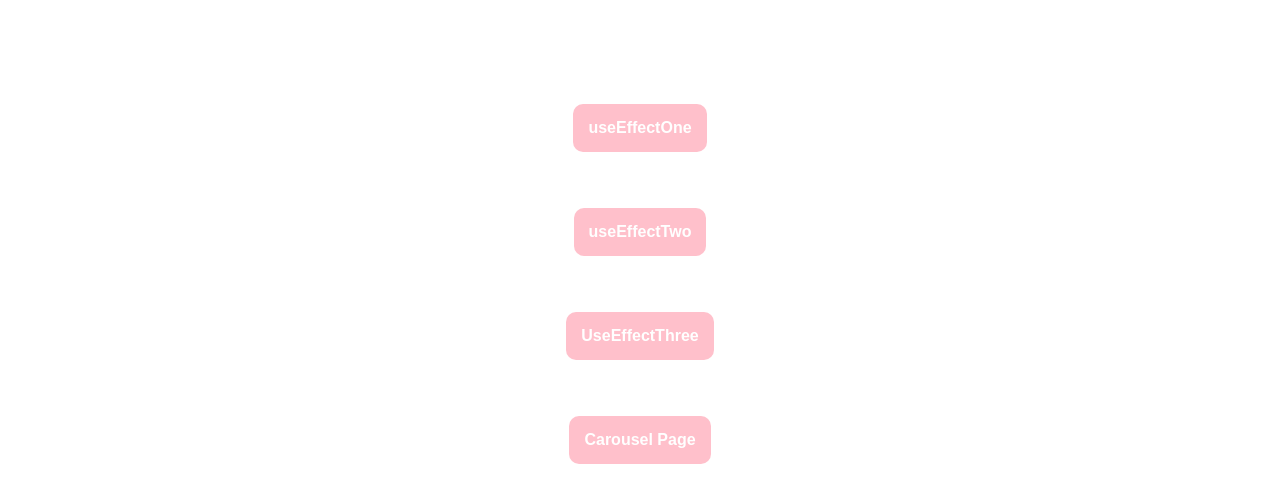
Repository: jjennbui/class8
Page: /
These files come from the project's save history. The page is drawn as it stood at one moment and after the next save; the edit follows.
The browser window is 1280 px wide. The pictures show the whole page.
The project was rebuilt for these pictures with package versions that can differ from the ones it lists, and the page was loaded fresh each time. The framework's server and built-in components were replaced by stand-ins that run in the browser. Also part of the build but not shown: next.config.js.

Above is the page before, as saved 2023-02-20 17:38:53.

After the next save:
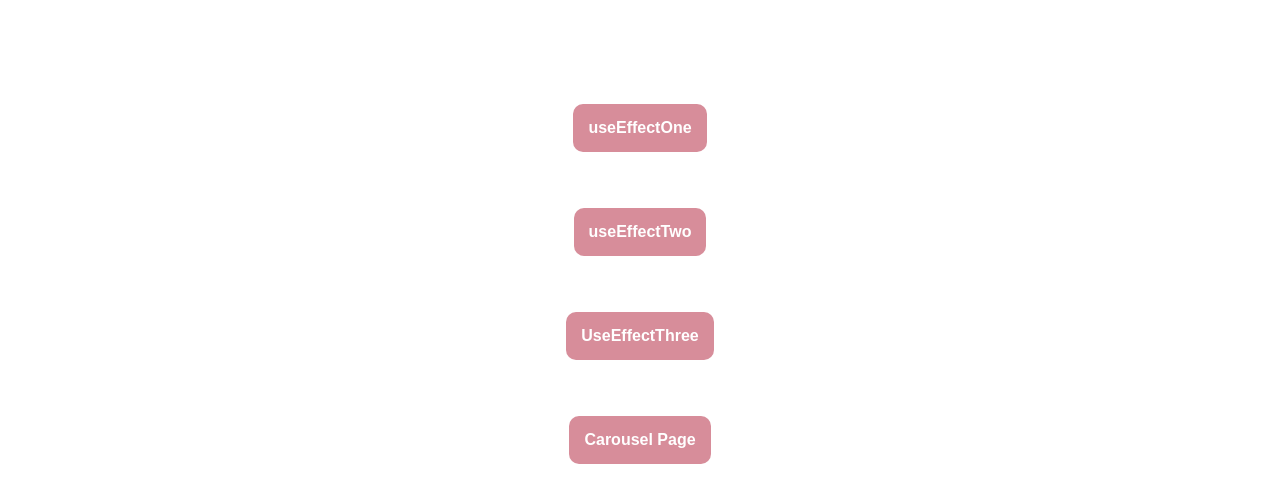
Saved 13 s later.
--- a/styles/Home.module.css
+++ b/styles/Home.module.css
@@ -14,7 +14,7 @@
   text-decoration: none;
   font-family: Arial, Helvetica, sans-serif;
   font-weight: bold;
-  background-color: pink;
+  background-color: rgb(215, 141, 154);
   padding: 15px;
   border-radius: 10px;
 
